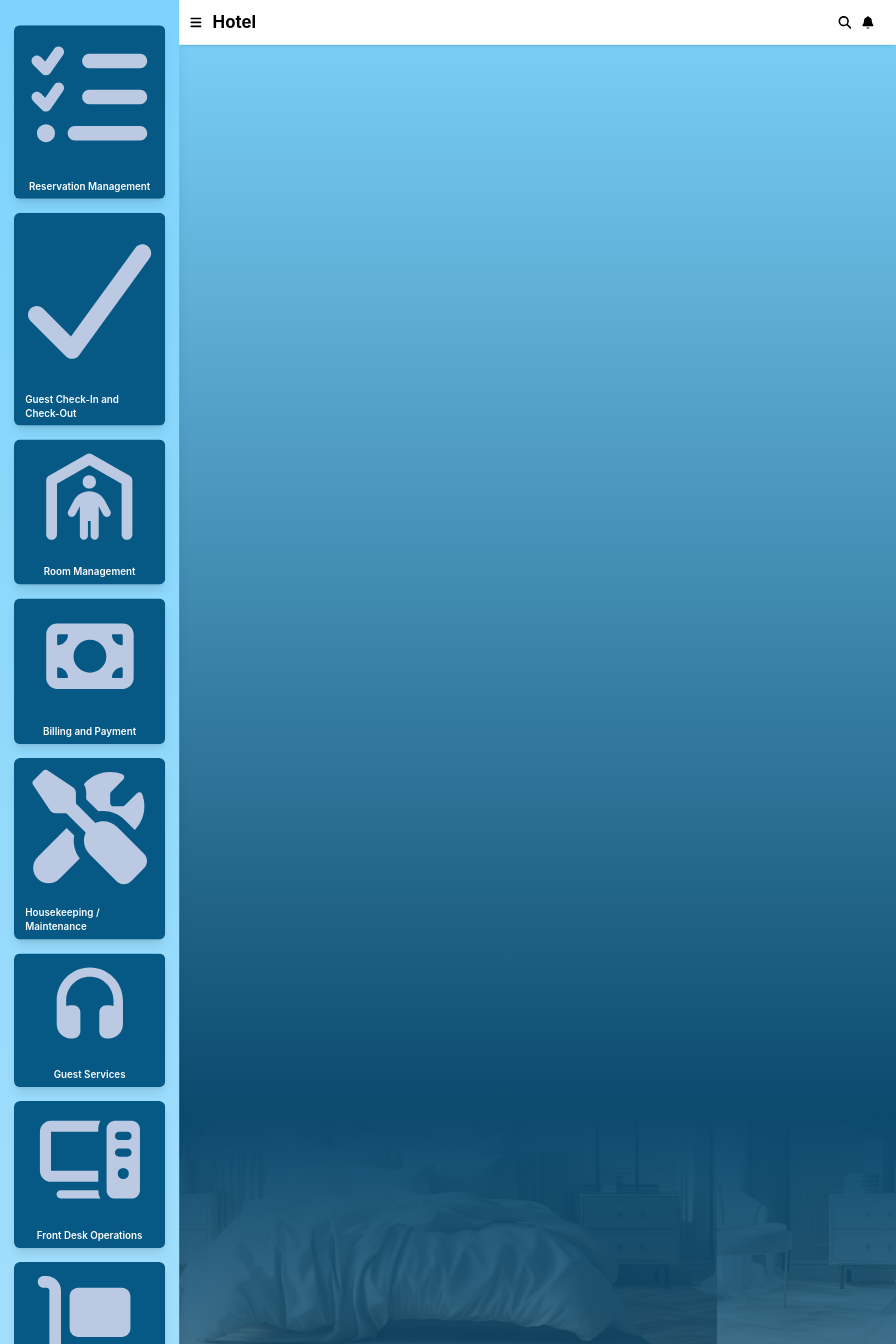
Repository: musabismael/Hotel
Page: /
An editor plug-in stored every save of this project. The page is shown before and after the next save, followed by the edit.
The browser window is 1280 px wide. The pictures show the part of the page from y = 0 to 1920 px (the page is 3172 px tall before and 720 px after), at 70% of full size.
The project was rebuilt for these pictures with package versions that can differ from the ones it lists, and the page was loaded fresh each time. Also part of the build but not shown: vite.config.js, src/App.css, src/pages/ReservationManagement.jsx, src/pages/GuestCheckInOut.jsx, src/pages/RoomManagement.jsx, src/pages/BillingPayment.jsx, src/pages/HousekeepingMaintenance.jsx, src/pages/GuestServices.jsx and 6 more.

Above is the page before, as saved 2023-10-01 19:31:19.

### index.html
<!doctype html>
<html lang="en">
  <head>
    <meta charset="UTF-8" />
    <link rel="icon" type="image/svg+xml" href="/vite.svg" />
    <meta name="viewport" content="width=device-width, initial-scale=1.0" />
    <title>Hotel</title>
  </head>
  <body>
    <div id="root"></div>
    <script type="module" src="/src/main.jsx"></script>
  </body>
</html>

### src/App.jsx
import "./App.css";
import { createBrowserRouter } from "react-router-dom";
import { RouterProvider } from "react-router";
import LandingPageLayout from "./layouts/LandingPageLayout";
import ReservationManagement from "./pages/ReservationManagement";
import GuestCheckInOut from "./pages/GuestCheckInOut";
import RoomManagement from "./pages/RoomManagement";
import BillingPayment from "./pages/BillingPayment";
import HousekeepingMaintenance from "./pages/HousekeepingMaintenance";
import GuestServices from "./pages/GuestServices";
import FrontDeskOperations from "./pages/FrontDeskOperations";
import InventoryManagement from "./pages/InventoryManagement";
import ReportingAnalytics from "./pages/ReportingAnalytics";
import SecurityAccessControl from "./pages/SecurityAccessControl";
import PointOfSale from "./pages/PointOfSale";
import CRM from "./pages/CRM"; // Import the CRM component
const router = createBrowserRouter([
  {
    path: "/",
    element: <LandingPageLayout />,
    children: [
      {
        path: "/reservation_management",
        element: <ReservationManagement />,
      },
      {
        path: "/guestCheckInOut",
        element: <GuestCheckInOut />,
      },
      {
        path: "/billing_and_payment",
        element: <BillingPayment />,
      },
      {
        path: "/room_management",
        element: <RoomManagement />,
      },
      {
        path: "/housekeeping_maintenance",
        element: <HousekeepingMaintenance />,
      },
      {
        path: "/guest_services",
        element: <GuestServices />,
      }, {
        path: "/desk_operations",
        element: <FrontDeskOperations />,
      }, {
        path: "/security_control",
        element: <SecurityAccessControl />,
      },
      {
        path: "/reporting_and_analytics",
        element: <ReportingAnalytics />,
      }, {
        path: "/inventory_management",
        element: <InventoryManagement />,
      },
      {
        path: "/pos",
        element: <PointOfSale />,
      },
      {
        path: "/crm",
        element: <CRM />,
      },
    ],
  },
]);

const App = () => <RouterProvider router={router} />;
export default App;

### src/index.css
@tailwind base;
@tailwind components;
@tailwind utilities;

:root {
  font-family: Inter, system-ui, Avenir, Helvetica, Arial, sans-serif;
  line-height: 1.5;
  font-weight: 400;
  background-image: url("cover.jpeg"), url("cover.jpeg");
  background-color:#397398;

  font-synthesis: none;
  text-rendering: optimizeLegibility;
  -webkit-font-smoothing: antialiased;
  -moz-osx-font-smoothing: grayscale;
  -webkit-text-size-adjust: 100%;
}

### src/layouts/LandingPageLayout.jsx
import { Outlet } from "react-router";
import Header from "../component/Header";
import Sidebar from "../component/Sidebar";
const LandingPageLayout = () => {
  return (
    <div className="flex bg-gradient-to-b from-sky-300 via-sky-900">
      <Sidebar />

      <div className="flex-1">
        <Header />
        <main className="p-4">
          <Outlet />
        </main>
      </div>
    </div>
  );
};

export default LandingPageLayout;

### src/component/Header.jsx
import { FontAwesomeIcon } from "@fortawesome/react-fontawesome";
import { faBars, faBell, faSearch } from "@fortawesome/free-solid-svg-icons";

function Header() {
  return (
    <header className="bg-white shadow-md p-4 flex justify-between items-center sticky top-0 w-full  ">
      <div className="flex items-center">
        <FontAwesomeIcon
          icon={faBars}
          className="text-black mr-4 text-lg color"
        />
        <h1 className="text-2xl font-bold text-black">Hotel</h1>
      </div>
      <div className="flex items-center">
        <FontAwesomeIcon icon={faSearch} className="text-black text-lg mr-4" />
        <FontAwesomeIcon icon={faBell} className="text-black text-lg mr-4" />

        {/* Add other icons or elements on the right side here */}
      </div>
    </header>
  );
}

export default Header;

### src/component/Sidebar.jsx
import Card from "./Card";
import {
  faPersonShelter,
  faListCheck,
  faCheck,
  faMoneyBill,
  faScrewdriverWrench,
  faHeadphones,
  faComputer,
  faCartFlatbed,
  faPersonMilitaryPointing,
  faChartBar,
  faKey,
  faBookmark,
} from "@fortawesome/free-solid-svg-icons";

const Sidebar = () => {
  const cardData = [
    {
      id: 1,
      title: "Reservation Management",
      description:
        "Online booking, availability calendar, and booking modification.",
      icon: faListCheck,
      link: "/reservation_management",
    },
    {
      id: 2,
      title: "Guest Check-In and Check-Out",
      description: "Guest registration, check-out, and key card issuance.",
      icon: faCheck,
      link: "/GuestCheckInOut",
    },
    {
      id: 3,
      title: "Room Management",
      description: "Room assignment, status updates, and inventory tracking.",
      icon: faPersonShelter,
      link: "/room_Management",
    },
    {
      id: 4,
      title: "Billing and Payment",
      description: "Invoicing, payment processing, and split billing.",
      icon: faMoneyBill,
      link: "/billing_and_payment",
    },
    {
      id: 5,
      title: "Housekeeping / Maintenance",
      description:
        "Housekeeping schedule, maintenance requests, and inventory management.",
      icon: faScrewdriverWrench,
      link: "/housekeeping_maintenance",
    },
    {
      id: 6,
      title: "Guest Services",
      description:
        "Concierge services, room service, wake-up calls, and laundry services.",
      icon: faHeadphones,
      link: "/guest_services",
    },
    {
      id: 7,
      title: "Front Desk Operations",
      description: "Guest inquiries, check-in/out, and guest profile access.",
      icon: faComputer,
      link: "/desk_operations",
    },
    {
      id: 8,
      title: "Inventory Management",
      description: "Managing hotel supplies and amenities.",
      icon: faCartFlatbed,
      link: "/inventory_management",
    },
    {
      id: 9,
      title: "Reporting and Analytics",
      description: "Generate reports on occupancy, revenue, and key metrics.",
      icon: faChartBar,
      link: "/reporting_and_analytics",
    },

    {
      id: 10,
      title: "Security and Access Control",
      description: "Surveillance camera integration and access control.",
      icon: faKey,
      link: "/security_control",
    },
    {
      id: 11,
      title: "Point of Sale (POS)",
      description:
        "Integration with on-site restaurants, bars, and gift shops.",
      icon: faBookmark,
      link: "/pos",
    },

    {
      id: 12,
      title: "Customer Relationship Management (CRM)",
      description: "Guest profiles, preferences, and loyalty programs.",
      icon: faPersonMilitaryPointing,
      link: "/crm",
    },

    // Add more service/feature objects here
  ];

  const handleCardClick = (id) => {
    console.log(`Card with ID ${id} clicked`);
  };
  return (
    <aside className="p-4 w-1/5 h- overflow-y-auto bg-gradient-to-b from-sky-300 to-sky-200 shadow-lg">
      <nav>
        {cardData.map((card) => (
          <Card
            key={card.id}
            link={card.link}
            icon={card.icon}
            title={card.title}
            onClick={() => handleCardClick(card.id)}
          />
        ))}
      </nav>
    </aside>
  );
};

export default Sidebar;

### src/component/Card.jsx
import { Link } from "react-router-dom";
import { FontAwesomeIcon } from "@fortawesome/react-fontawesome";
function Card({ link, icon, title, onClick }) {
  return (
    <div
      className="max-w-sm  mx-1 my-5 cursor-pointer shadow-lg rounded-lg overflow-hidden hover:shadow-xl transition duration-300 transform hover:scale-105"
      onClick={onClick}
    >
      <div className="bg-sky-800 rounded-lg overflow-hidden shadow-lg flex flex-col items-center justify-center">
        <Link to={link} className="text-blue-600 hover:text-blue-800">
          <FontAwesomeIcon
            icon={icon}
            size="2xs"
            className=" w-auto p-5 h-auto object-cover"
            style={{ color: "#bbc9e2" }}
          />

          <div className="px-4 py-2 items-center">
            <h3 className=" text-white text-sm  flex flex-col text-ellipsis items-center font-semibold">
              {title}
            </h3>
            {/* Add more content or description here if needed */}
          </div>
        </Link>
      </div>
    </div>
  );
}

export default Card;

### tailwind.config.js
/** @type {import('tailwindcss').Config} */
export default {
  content: [
    "./index.html",
    "./src/**/*.{js,ts,jsx,tsx}",
  ],
  theme: {
    extend: {
      fontFamily: {
        'custom': ['CustomFont', 'sans'],
      },
      textColor: {
        'custom': '#333333', // Custom text color
      },
    },
  },
  plugins: [],
}

Loaded but not shown: src/main.jsx (common file)

After the next save:
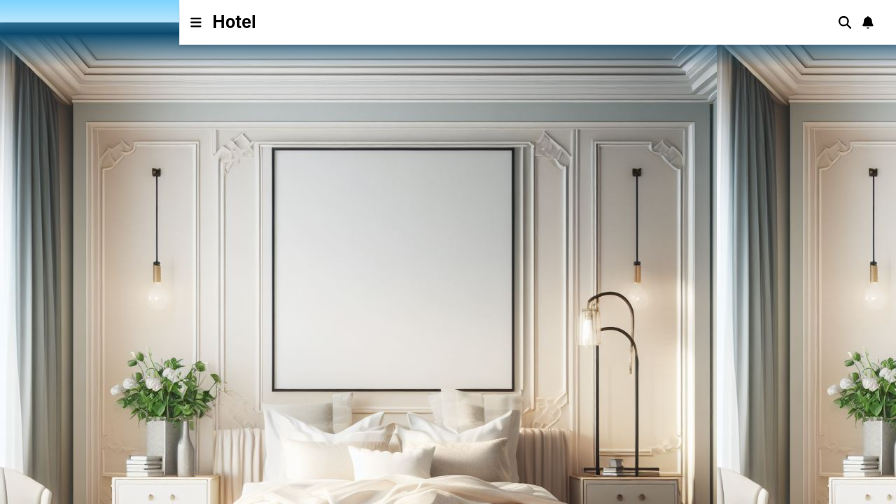
Saved 13 s later.
--- a/src/component/Sidebar.jsx
+++ b/src/component/Sidebar.jsx
@@ -114,7 +114,7 @@
     console.log(`Card with ID ${id} clicked`);
   };
   return (
-    <aside className="p-4 w-1/5 h- overflow-y-auto bg-gradient-to-b from-sky-300 to-sky-200 shadow-lg">
+    <aside className="p-4 w-1/5 h-4 overflow-y-auto bg-gradient-to-b from-sky-300 to-sky-200 shadow-lg">
       <nav>
         {cardData.map((card) => (
           <Card

After the save that followed:
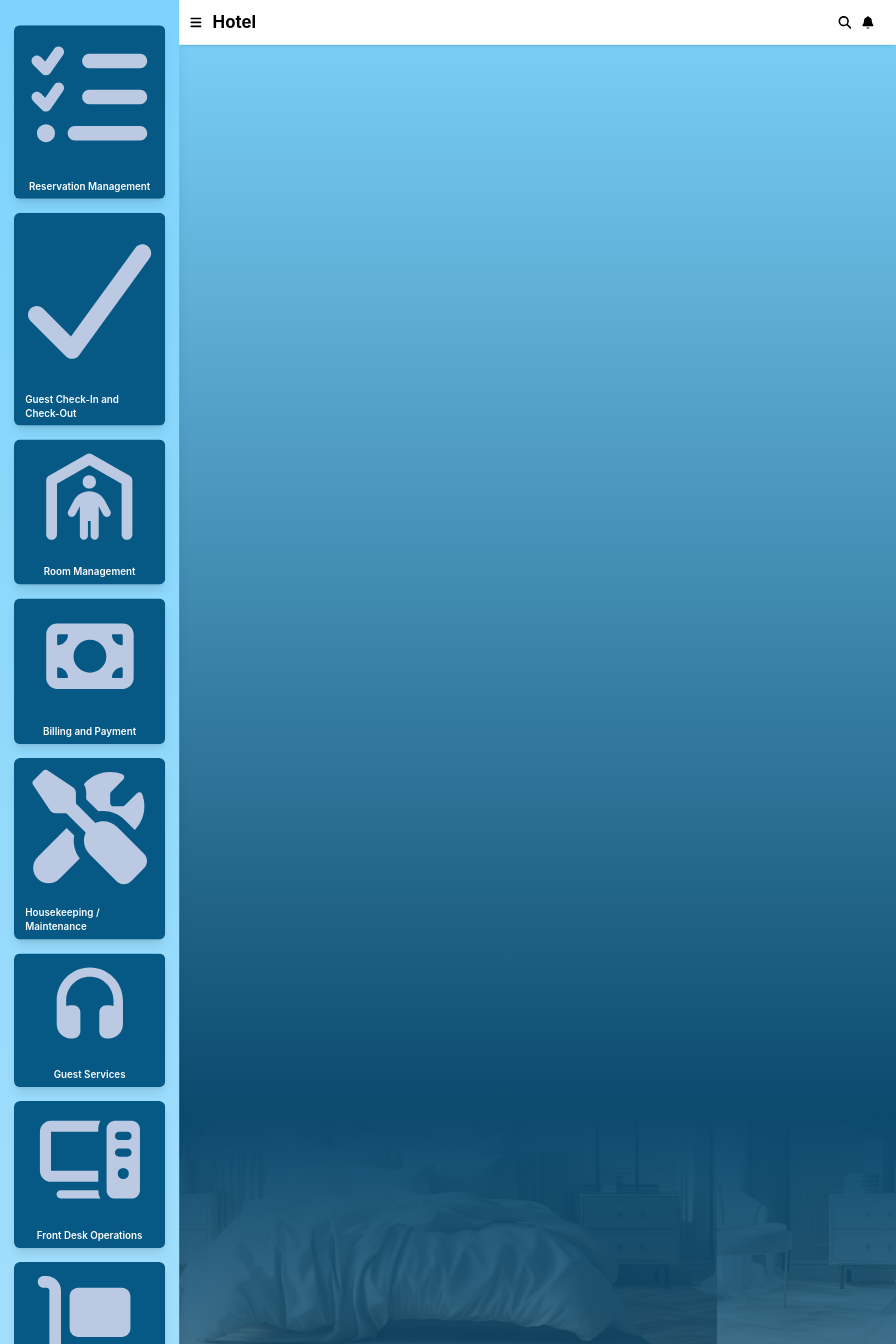
Saved 6 s later.
--- a/src/component/Sidebar.jsx
+++ b/src/component/Sidebar.jsx
@@ -114,7 +114,7 @@
     console.log(`Card with ID ${id} clicked`);
   };
   return (
-    <aside className="p-4 w-1/5 h-4 overflow-y-auto bg-gradient-to-b from-sky-300 to-sky-200 shadow-lg">
+    <aside className="p-4 w-1/5 h- overflow-y-auto bg-gradient-to-b from-sky-300 to-sky-200 shadow-lg">
       <nav>
         {cardData.map((card) => (
           <Card
